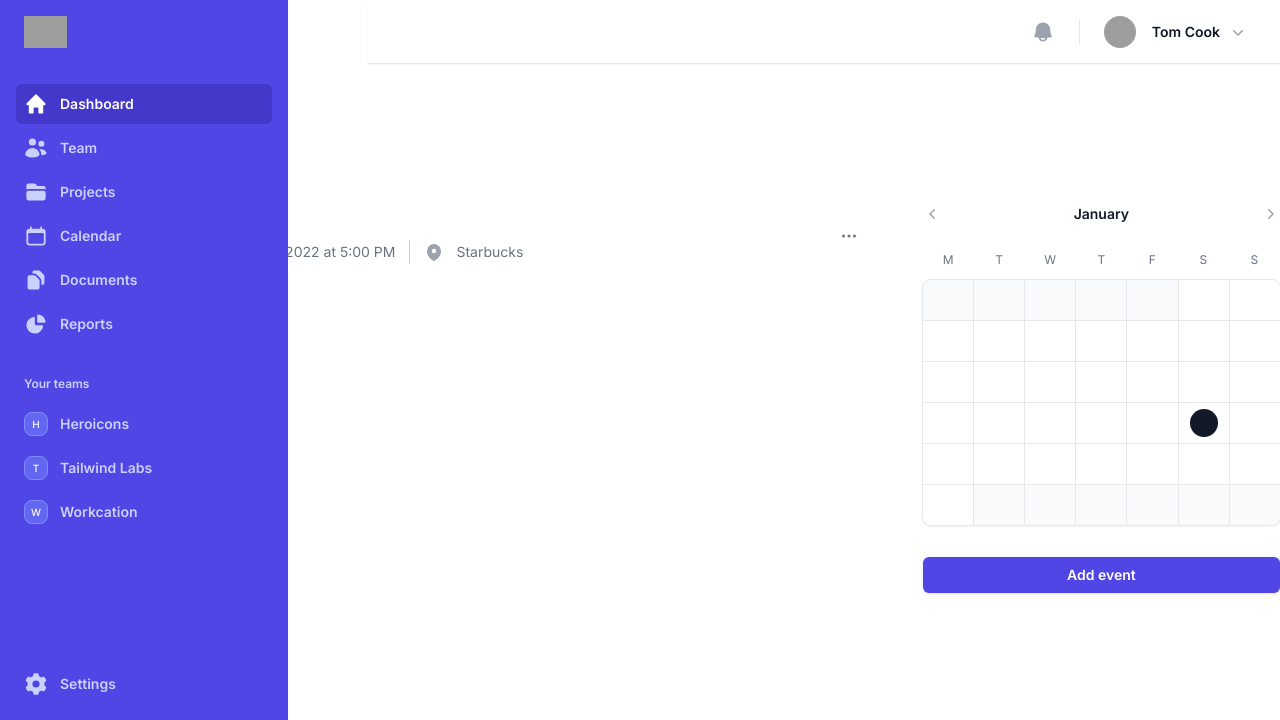
Repository: uh-sman/digital-x
Page: /
An editor plug-in stored every save of this project. The page is shown before and after the next save, followed by the edit.
The browser window is 1280 px wide. The pictures show the whole page.
Pictures or frames that could not be fetched are drawn as grey boxes. The project was rebuilt for these pictures with package versions that can differ from the ones it lists, and the page was loaded fresh each time. The framework's server and built-in components were replaced by stand-ins that run in the browser. Also part of the build but not shown: next.config.mjs.

Above is the page before, as saved 2024-04-02 10:54:40.

### app/layout.tsx
import type { Metadata } from "next";
import { Inter } from "next/font/google";
import "./globals.css";
import SideBar from "./(routes)/(components)/sidebar";
import { NavMenu } from "./(routes)/(components)/nav-menu";

const inter = Inter({ subsets: ["latin"] });

export const metadata: Metadata = {
  title: "Create Next App",
  description: "Generated by create next app",
};

export default function RootLayout({
  children,
}: Readonly<{
  children: React.ReactNode;
}>) {
  return (
    <html lang="en">
      <body className={inter.className}>
      <div className="flex gap-x-20 w-full overflow-hidden">
        <div className="sr-only md:not-sr-only">
          <SideBar />
        </div>
        <div className="w-full h-screen">
          {/* <Box className="bg-neutral-900 border-none h-screen overflow-x-auto"> */}
            <NavMenu />
            {children}
          {/* </Box> */}
        </div>
      </div>
      </body>
    </html>
  );
}

### app/(routes)/page.tsx
"use client"
import Image from "next/image";
// import SideBar from "./(components)/sidebar";

import { Fragment } from "react";
import {
  CalendarIcon,
  ChevronLeftIcon,
  ChevronRightIcon,
  EllipsisHorizontalIcon,
  MapPinIcon,
} from "@heroicons/react/20/solid";
import { Menu, Transition } from "@headlessui/react";

const meetings = [
  {
    id: 1,
    date: "January 10th, 2022",
    time: "5:00 PM",
    datetime: "2022-01-10T17:00",
    name: "Leslie Alexander",
    imageUrl:
      "https://images.unsplash.com/photo-1494790108377-be9c29b29330?ixlib=rb-1.2.1&ixid=eyJhcHBfaWQiOjEyMDd9&auto=format&fit=facearea&facepad=2&w=256&h=256&q=80",
    location: "Starbucks",
  },
  // More meetings...
];
const days = [
  { date: "2021-12-27" },
  { date: "2021-12-28" },
  { date: "2021-12-29" },
  { date: "2021-12-30" },
  { date: "2021-12-31" },
  { date: "2022-01-01", isCurrentMonth: true },
  { date: "2022-01-02", isCurrentMonth: true },
  { date: "2022-01-03", isCurrentMonth: true },
  { date: "2022-01-04", isCurrentMonth: true },
  { date: "2022-01-05", isCurrentMonth: true },
  { date: "2022-01-06", isCurrentMonth: true },
  { date: "2022-01-07", isCurrentMonth: true },
  { date: "2022-01-08", isCurrentMonth: true },
  { date: "2022-01-09", isCurrentMonth: true },
  { date: "2022-01-10", isCurrentMonth: true },
  { date: "2022-01-11", isCurrentMonth: true },
  { date: "2022-01-12", isCurrentMonth: true, isToday: true },
  { date: "2022-01-13", isCurrentMonth: true },
  { date: "2022-01-14", isCurrentMonth: true },
  { date: "2022-01-15", isCurrentMonth: true },
  { date: "2022-01-16", isCurrentMonth: true },
  { date: "2022-01-17", isCurrentMonth: true },
  { date: "2022-01-18", isCurrentMonth: true },
  { date: "2022-01-19", isCurrentMonth: true },
  { date: "2022-01-20", isCurrentMonth: true },
  { date: "2022-01-21", isCurrentMonth: true },
  { date: "2022-01-22", isCurrentMonth: true, isSelected: true },
  { date: "2022-01-23", isCurrentMonth: true },
  { date: "2022-01-24", isCurrentMonth: true },
  { date: "2022-01-25", isCurrentMonth: true },
  { date: "2022-01-26", isCurrentMonth: true },
  { date: "2022-01-27", isCurrentMonth: true },
  { date: "2022-01-28", isCurrentMonth: true },
  { date: "2022-01-29", isCurrentMonth: true },
  { date: "2022-01-30", isCurrentMonth: true },
  { date: "2022-01-31", isCurrentMonth: true },
  { date: "2022-02-01" },
  { date: "2022-02-02" },
  { date: "2022-02-03" },
  { date: "2022-02-04" },
  { date: "2022-02-05" },
  { date: "2022-02-06" },
];

function classNames(...classes: any) {
  return classes.filter(Boolean).join(" ");
}

const Home = () => {
  return (
    <div className="">
      <h2 className="text-base font-semibold leading-6 text-gray-900">
        Upcoming meetings
      </h2>
      <div className="lg:grid lg:grid-cols-12 lg:gap-x-16">
        <div className="mt-10 text-center lg:col-start-8 lg:col-end-13 lg:row-start-1 lg:mt-9 xl:col-start-9">
          <div className="flex items-center text-gray-900">
            <button
              type="button"
              className="-m-1.5 flex flex-none items-center justify-center p-1.5 text-gray-400 hover:text-gray-500"
            >
              <span className="sr-only">Previous month</span>
              <ChevronLeftIcon className="h-5 w-5" aria-hidden="true" />
            </button>
            <div className="flex-auto text-sm font-semibold">January</div>
            <button
              type="button"
              className="-m-1.5 flex flex-none items-center justify-center p-1.5 text-gray-400 hover:text-gray-500"
            >
              <span className="sr-only">Next month</span>
              <ChevronRightIcon className="h-5 w-5" aria-hidden="true" />
            </button>
          </div>
          <div className="mt-6 grid grid-cols-7 text-xs leading-6 text-gray-500">
            <div>M</div>
            <div>T</div>
            <div>W</div>
            <div>T</div>
            <div>F</div>
            <div>S</div>
            <div>S</div>
          </div>
          <div className="isolate mt-2 grid grid-cols-7 gap-px rounded-lg bg-gray-200 text-sm shadow ring-1 ring-gray-200">
            {days.map((day, dayIdx) => (
              <button
                key={day.date}
                type="button"
                className={classNames(
                  "py-1.5 hover:bg-gray-100 focus:z-10",
                  day.isCurrentMonth ? "bg-white" : "bg-gray-50",
                  (day.isSelected || day.isToday) && "font-semibold",
                  day.isSelected && "text-white",
                  !day.isSelected &&
                    day.isCurrentMonth &&
                    !day.isToday &&
                    "text-gray-900",
                  !day.isSelected &&
                    !day.isCurrentMonth &&
                    !day.isToday &&
                    "text-gray-400",
                  day.isToday && !day.isSelected && "text-indigo-600",
                  dayIdx === 0 && "rounded-tl-lg",
                  dayIdx === 6 && "rounded-tr-lg",
                  dayIdx === days.length - 7 && "rounded-bl-lg",
                  dayIdx === days.length - 1 && "rounded-br-lg"
                )}
              >
                <time
                  dateTime={day.date}
                  className={classNames(
                    "mx-auto flex h-7 w-7 items-center justify-center rounded-full",
                    day.isSelected && day.isToday && "bg-indigo-600",
                    day.isSelected && !day.isToday && "bg-gray-900"
                  )}
                >
                  {/* {day.date.split('-').pop().replace(/^0/, '')} */}
                </time>
              </button>
            ))}
          </div>
          <button
            type="button"
            className="mt-8 w-full rounded-md bg-indigo-600 px-3 py-2 text-sm font-semibold text-white shadow hover:bg-indigo-500 focus-visible:outline focus-visible:outline-2 focus-visible:outline-offset-2 focus-visible:outline-indigo-600"
          >
            Add event
          </button>
        </div>
        <ol className="mt-4 divide-y divide-gray-100 text-sm leading-6 lg:col-span-7 xl:col-span-8">
          {meetings.map((meeting) => (
            <li
              key={meeting.id}
              className="relative flex space-x-6 py-6 xl:static"
            >
              <img
                src={meeting.imageUrl}
                alt=""
                className="h-14 w-14 flex-none rounded-full"
              />
              <div className="flex-auto">
                <h3 className="pr-10 font-semibold text-gray-900 xl:pr-0">
                  {meeting.name}
                </h3>
                <dl className="mt-2 flex flex-col text-gray-500 xl:flex-row">
                  <div className="flex items-start space-x-3">
                    <dt className="mt-0.5">
                      <span className="sr-only">Date</span>
                      <CalendarIcon
                        className="h-5 w-5 text-gray-400"
                        aria-hidden="true"
                      />
                    </dt>
                    <dd>
                      <time dateTime={meeting.datetime}>
                        {meeting.date} at {meeting.time}
                      </time>
                    </dd>
                  </div>
                  <div className="mt-2 flex items-start space-x-3 xl:ml-3.5 xl:mt-0 xl:border-l xl:border-gray-400 xl:border-opacity-50 xl:pl-3.5">
                    <dt className="mt-0.5">
                      <span className="sr-only">Location</span>
                      <MapPinIcon
                        className="h-5 w-5 text-gray-400"
                        aria-hidden="true"
                      />
                    </dt>
                    <dd>{meeting.location}</dd>
                  </div>
                </dl>
              </div>
              <Menu
                as="div"
                className="absolute right-0 top-6 xl:relative xl:right-auto xl:top-auto xl:self-center"
              >
                <div>
                  <Menu.Button className="-m-2 flex items-center rounded-full p-2 text-gray-500 hover:text-gray-600">
                    <span className="sr-only">Open options</span>
                    <EllipsisHorizontalIcon
                      className="h-5 w-5"
                      aria-hidden="true"
                    />
                  </Menu.Button>
                </div>

                <Transition
                  as={Fragment}
                  enter="transition ease-out duration-100"
                  enterFrom="transform opacity-0 scale-95"
                  enterTo="transform opacity-100 scale-100"
                  leave="transition ease-in duration-75"
                  leaveFrom="transform opacity-100 scale-100"
                  leaveTo="transform opacity-0 scale-95"
                >
                  <Menu.Items className="absolute right-0 z-10 mt-2 w-36 origin-top-right rounded-md bg-white shadow-lg ring-1 ring-black ring-opacity-5 focus:outline-none">
                    <div className="py-1">
                      <Menu.Item>
                        {({ active }) => (
                          <a
                            href="#"
                            className={classNames(
                              active
                                ? "bg-gray-100 text-gray-900"
                                : "text-gray-700",
                              "block px-4 py-2 text-sm"
                            )}
                          >
                            Edit
                          </a>
                        )}
                      </Menu.Item>
                      <Menu.Item>
                        {({ active }) => (
                          <a
                            href="#"
                            className={classNames(
                              active
                                ? "bg-gray-100 text-gray-900"
                                : "text-gray-700",
                              "block px-4 py-2 text-sm"
                            )}
                          >
                            Cancel
                          </a>
                        )}
                      </Menu.Item>
                    </div>
                  </Menu.Items>
                </Transition>
              </Menu>
            </li>
          ))}
        </ol>
      </div>
    </div>
  );
};

export default Home;

### app/(routes)/(components)/nav-menu.tsx
"use client"
import { Menu, Transition } from '@headlessui/react'
import { Bars3Icon, BellIcon, ChevronDownIcon } from '@heroicons/react/20/solid'
import React, { Fragment, useState } from 'react'


const teams = [
    { id: 1, name: 'Heroicons', href: '#', initial: 'H', current: false },
    { id: 2, name: 'Tailwind Labs', href: '#', initial: 'T', current: false },
    { id: 3, name: 'Workcation', href: '#', initial: 'W', current: false },
  ]

  const userNavigation = [
    { name: 'Your profile', href: '#' },
    { name: 'Sign out', href: '#' },
  ]

  function classNames(...classes:any) {
    return classes.filter(Boolean).join(' ')
  }
export const NavMenu = () => {
    const [sidebarOpen, setSidebarOpen] = useState(false)

  return (
    <div className="lg:pl-72">
    <div className="sticky top-0 z-40 flex h-16 shrink-0 items-center gap-x-4 border-b border-gray-200 bg-white px-4 shadow-sm sm:gap-x-6 sm:px-6 lg:px-8">
      <button type="button" className="-m-2.5 p-2.5 text-gray-700 lg:hidden" onClick={() => setSidebarOpen(true)}>
        <span className="sr-only">Open sidebar</span>
        <Bars3Icon className="h-6 w-6" aria-hidden="true" />
      </button>

      {/* Separator */}
      <div className="h-6 w-px bg-gray-900/10 lg:hidden" aria-hidden="true" />

      <div className="flex flex-1 gap-x-4 justify-end self-stretch lg:gap-x-6">
        {/* <form className="relative flex flex-1" action="#" method="GET">
          <label htmlFor="search-field" className="sr-only">
            Search
          </label>
          <MagnifyingGlassIcon
            className="pointer-events-none absolute inset-y-0 left-0 h-full w-5 text-gray-400"
            aria-hidden="true"
          />
          <input
            id="search-field"
            className="block h-full w-full border-0 py-0 pl-8 pr-0 text-gray-900 placeholder:text-gray-400 focus:ring-0 sm:text-sm"
            placeholder="Search..."
            type="search"
            name="search"
          />
        </form> */}
        <div className="flex items-center gap-x-4 lg:gap-x-6">
          <button type="button" className="-m-2.5 p-2.5 text-gray-400 hover:text-gray-500">
            <span className="sr-only">View notifications</span>
            <BellIcon className="h-6 w-6" aria-hidden="true" />
          </button>

          {/* Separator */}
          <div className="hidden lg:block lg:h-6 lg:w-px lg:bg-gray-900/10" aria-hidden="true" />

          {/* Profile dropdown */}
          <Menu as="div" className="relative">
            <Menu.Button className="-m-1.5 flex items-center p-1.5">
              <span className="sr-only">Open user menu</span>
              <img
                className="h-8 w-8 rounded-full bg-gray-50"
                src="https://images.unsplash.com/photo-1472099645785-5658abf4ff4e?ixlib=rb-1.2.1&ixid=eyJhcHBfaWQiOjEyMDd9&auto=format&fit=facearea&facepad=2&w=256&h=256&q=80"
                alt=""
              />
              <span className="hidden lg:flex lg:items-center">
                <span className="ml-4 text-sm font-semibold leading-6 text-gray-900" aria-hidden="true">
                  Tom Cook
                </span>
                <ChevronDownIcon className="ml-2 h-5 w-5 text-gray-400" aria-hidden="true" />
              </span>
            </Menu.Button>
            <Transition
              as={Fragment}
              enter="transition ease-out duration-100"
              enterFrom="transform opacity-0 scale-95"
              enterTo="transform opacity-100 scale-100"
              leave="transition ease-in duration-75"
              leaveFrom="transform opacity-100 scale-100"
              leaveTo="transform opacity-0 scale-95"
            >
              <Menu.Items className="absolute right-0 z-10 mt-2.5 w-32 origin-top-right rounded-md bg-white py-2 shadow-lg ring-1 ring-gray-900/5 focus:outline-none">
                {userNavigation.map((item) => (
                  <Menu.Item key={item.name}>
                    {({ active }) => (
                      <a
                        href={item.href}
                        className={classNames(
                          active ? 'bg-gray-50' : '',
                          'block px-3 py-1 text-sm leading-6 text-gray-900'
                        )}
                      >
                        {item.name}
                      </a>
                    )}
                  </Menu.Item>
                ))}
              </Menu.Items>
            </Transition>
          </Menu>
        </div>
      </div>
    </div>

    <main className="py-10">
      <div className="px-4 sm:px-6 lg:px-8">
          {/* components */}
      </div>
    </main>
  </div>
  )
}

### tailwind.config.ts
import type { Config } from "tailwindcss";

const config: Config = {
  content: [
    "./pages/**/*.{js,ts,jsx,tsx,mdx}",
    "./components/**/*.{js,ts,jsx,tsx,mdx}",
    "./app/**/*.{js,ts,jsx,tsx,mdx}",
  ],
  theme: {
    extend: {
      backgroundImage: {
        "gradient-radial": "radial-gradient(var(--tw-gradient-stops))",
        "gradient-conic":
          "conic-gradient(from 180deg at 50% 50%, var(--tw-gradient-stops))",
      },
    },
  },
  plugins: [
    require("@tailwindcss/forms"),
  ],
};
export default config;

Loaded but not shown: app/globals.css (common file); app/(routes)/(components)/sidebar.tsx (272 lines, source omitted)

After the next save:
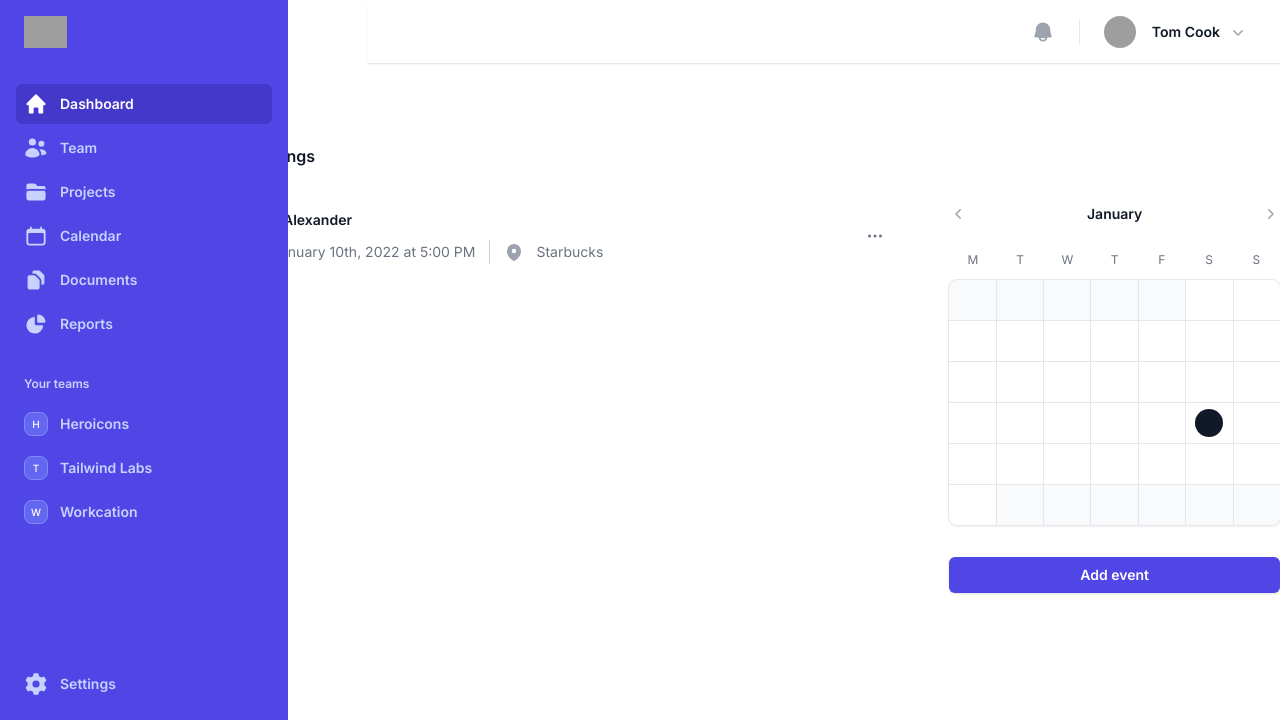
Saved 26 s later.
--- a/app/(routes)/page.tsx
+++ b/app/(routes)/page.tsx
@@ -76,7 +76,7 @@
 
 const Home = () => {
   return (
-    <div className="">
+    <div className="ml-20">
       <h2 className="text-base font-semibold leading-6 text-gray-900">
         Upcoming meetings
       </h2>

After the save that followed:
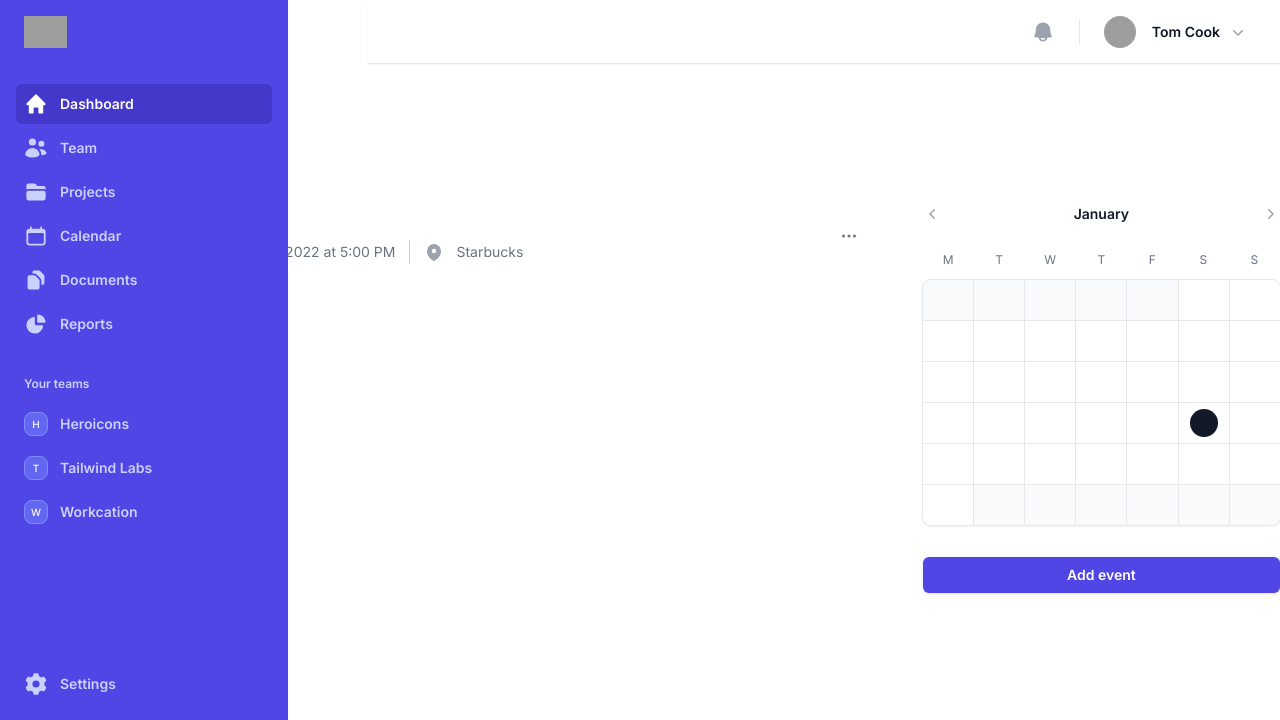
Saved 5 s later.
--- a/app/(routes)/page.tsx
+++ b/app/(routes)/page.tsx
@@ -76,7 +76,7 @@
 
 const Home = () => {
   return (
-    <div className="ml-20">
+    <div className="ml-54">
       <h2 className="text-base font-semibold leading-6 text-gray-900">
         Upcoming meetings
       </h2>
